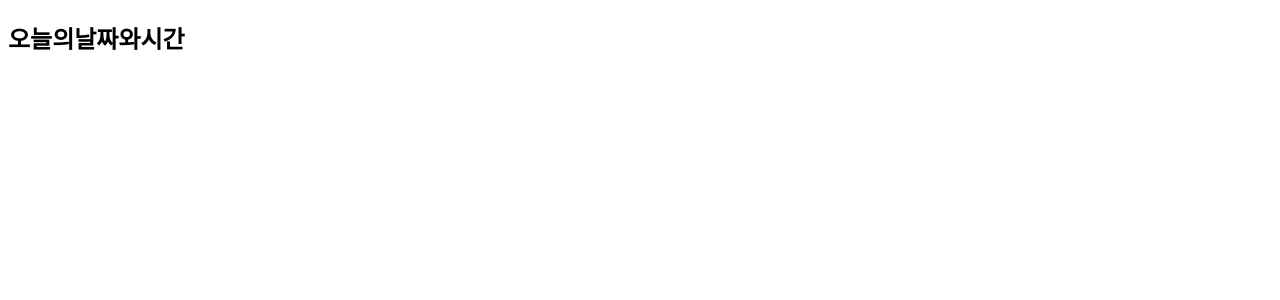
Repository: kukulza1/jspworks
Page: http://localhost/jwbook/forward/forward_date.jsp
These files come from the project's save history. The page is drawn as it stood at one moment and after the next save; the edit follows.
The browser window is 1280 px wide. The pictures show the whole page.
The page is served by Tomcat 9.

Above is the page before, as saved 2023-11-21 01:02:14.

After the next save:
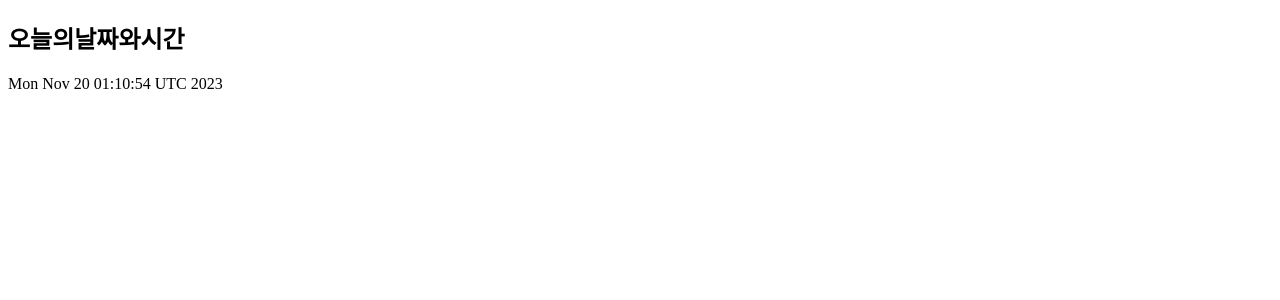
Saved 22 s later.
--- a/jwbook/src/main/webapp/forward/forward_date.jsp
+++ b/jwbook/src/main/webapp/forward/forward_date.jsp
@@ -13,5 +13,6 @@
     <%
      Date date = new Date();
     %>
+    <%=date %>
 </body>
 </html>
